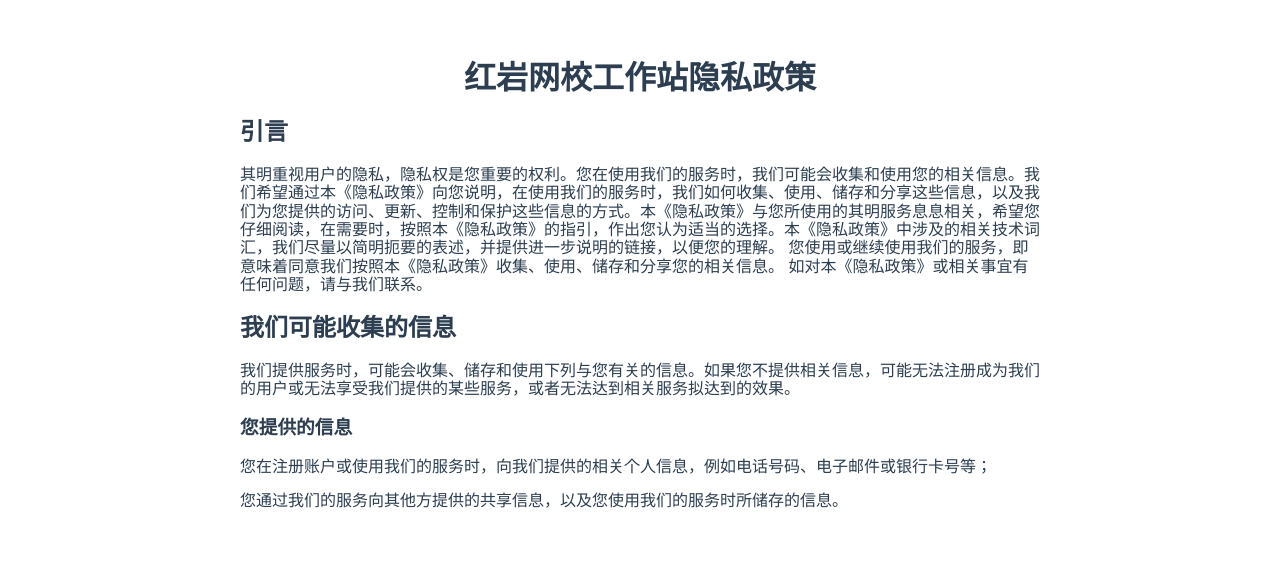
Repository: zl-mdc/privacy-policy
Page: /
The author's editor kept a copy of each file at every save. The page is drawn from the files as they stood at one save, then again after the next save.
The browser window is 1280 px wide. The pictures show the whole page.
The project was rebuilt for these pictures with package versions that can differ from the ones it lists, and the page was loaded fresh each time.

Above is the page before, as saved 2020-09-17 15:36:03.

### src/main.js
import Vue from 'vue'
import App from './App.vue'
import 'normalize.css'

Vue.config.productionTip = false

new Vue({
  render: h => h(App),
}).$mount('#app')

### src/App.vue
<template>
  <div id="app">
    <Info />
  </div>
</template>

<script>
import Info from './components/Info';

export default {
  name: 'App',
  components: {
    Info
  }
}
</script>

<style>
#app {
  font-family: Avenir, Helvetica, Arial, sans-serif;
  -webkit-font-smoothing: antialiased;
  -moz-osx-font-smoothing: grayscale;
  text-align: center;
  color: #2c3e50;
  margin-top: 60px;
}
</style>

### src/components/Info.vue
<!--
 * @Author: Code_Master
 * @Date: 2020-09-17 15:00:51
 * @LastEditTime: 2020-09-17 15:36:03
 * @LastEditors: Code_Master
 * @FilePath: /privacy-policy/src/components/Info.vue
 * @Description: The first 90% of the code accounts for the first 90% of the development time. The remaining 10% of the code accounts for the other 90% of the development time.
-->
<template>
    <div id="info">
          <h1>红岩网校工作站隐私政策</h1>

          <h2>引言</h2>
          <p><span></span>其明重视用户的隐私，隐私权是您重要的权利。您在使用我们的服务时，我们可能会收集和使用您的相关信息。我们希望通过本《隐私政策》向您说明，在使用我们的服务时，我们如何收集、使用、储存和分享这些信息，以及我们为您提供的访问、更新、控制和保护这些信息的方式。本《隐私政策》与您所使用的其明服务息息相关，希望您仔细阅读，在需要时，按照本《隐私政策》的指引，作出您认为适当的选择。本《隐私政策》中涉及的相关技术词汇，我们尽量以简明扼要的表述，并提供进一步说明的链接，以便您的理解。 您使用或继续使用我们的服务，即意味着同意我们按照本《隐私政策》收集、使用、储存和分享您的相关信息。 如对本《隐私政策》或相关事宜有任何问题，请与我们联系。 </p>

          <h2>我们可能收集的信息</h2>
          <p>我们提供服务时，可能会收集、储存和使用下列与您有关的信息。如果您不提供相关信息，可能无法注册成为我们的用户或无法享受我们提供的某些服务，或者无法达到相关服务拟达到的效果。</p>
          <h3>您提供的信息</h3>
          <p>您在注册账户或使用我们的服务时，向我们提供的相关个人信息，例如电话号码、电子邮件或银行卡号等；</p>
          <p>您通过我们的服务向其他方提供的共享信息，以及您使用我们的服务时所储存的信息。</p>
    </div>
</template>

<script>
export default {
    name: "Info",
}
</script>

<style>
    #info {
        width: 800px;
        margin: 0 auto;
    }
    h2 {
        text-align: left;
    }
    p {
        text-align: left;
    }
    h3 {
        text-align: left;
    }
</style>

Loaded but not shown: public/index.html (common file)

After the next save:
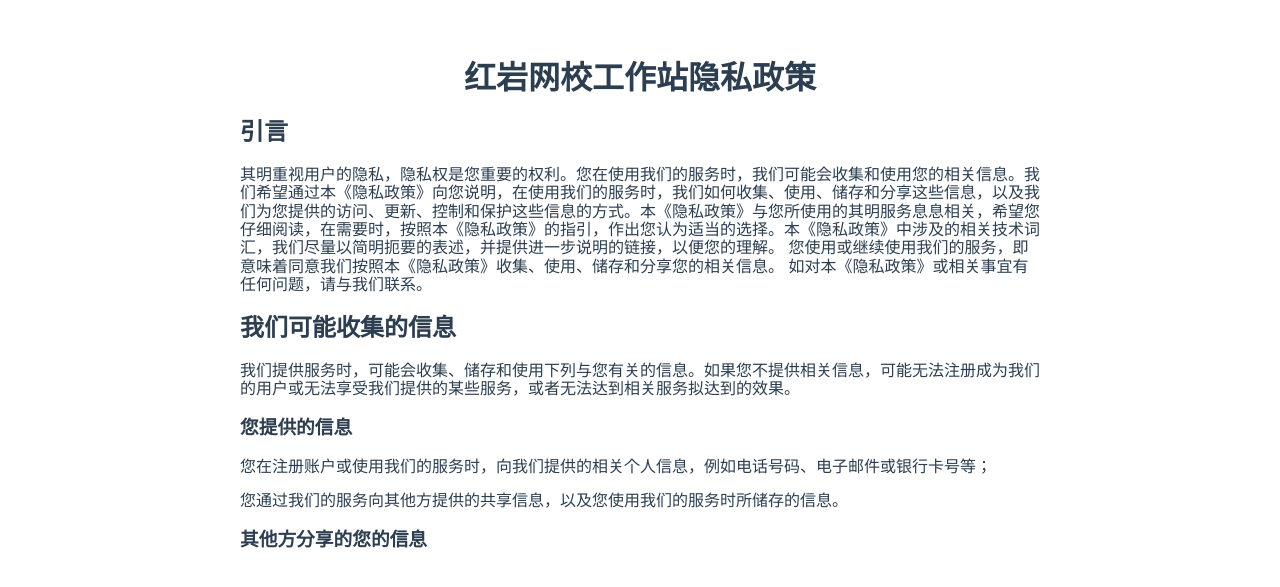
Saved 18 s later.
--- a/src/components/Info.vue
+++ b/src/components/Info.vue
@@ -1,7 +1,7 @@
 <!--
  * @Author: Code_Master
  * @Date: 2020-09-17 15:00:51
- * @LastEditTime: 2020-09-17 15:36:03
+ * @LastEditTime: 2020-09-17 15:36:21
  * @LastEditors: Code_Master
  * @FilePath: /privacy-policy/src/components/Info.vue
  * @Description: The first 90% of the code accounts for the first 90% of the development time. The remaining 10% of the code accounts for the other 90% of the development time.
@@ -18,6 +18,8 @@
           <h3>您提供的信息</h3>
           <p>您在注册账户或使用我们的服务时，向我们提供的相关个人信息，例如电话号码、电子邮件或银行卡号等；</p>
           <p>您通过我们的服务向其他方提供的共享信息，以及您使用我们的服务时所储存的信息。</p>
+          <h3>其他方分享的您的信息</h3>
+
     </div>
 </template>
 
